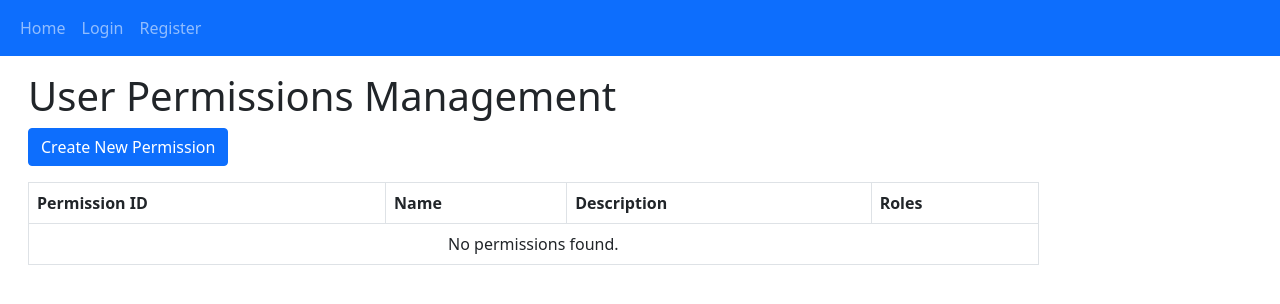
Repository: Matsikembareb/myPowervision
Page: http://localhost/permissions
The author's editor kept a copy of each file at every save. The page is drawn from the files as they stood at one save, then again after the next save.
The browser window is 1280 px wide. The pictures show the whole page.
The page is served by the project's application, run on Flask 3 (01prototype/myPowervision/__init__.py). Other server files are loaded and not shown. Queries for data that is not in the repository find no rows.

Above is the page before, as saved 2025-09-27 06:41:15.

### 01prototype/myPowervision/templates/user_management/permissions.html
{% extends "base.html" %}
{% block content %}
<h1>User Permissions Management</h1>
<div class="mb-3">
    <a href="{{ url_for('create_permission') }}" class="btn btn-primary">Create New Permission</a>
</div>
<table class="table table-bordered">
    <thead>
        <tr>
            <th>Permission ID</th>
            <th>Name</th>
            <th>Description</th>
            <th>Roles</th>
        </tr>
    </thead>
    <tbody>
        {% if permissions %}
            {% for permission in permissions %}
            <tr>
                <td>{{ permission.id }}</td>
                <td>{{ permission.permission }}</td>
                <td>{{ permission.description }}</td>
                <form action="{{ url_for('home_page', permission_id=permission.id) }}" method="POST" style="display:inline;">
                    <button type="submit" class="btn btn-sm btn-danger" onclick="return confirm('Are you sure you want to delete this role?');">Delete</button>
                </form>
                <td>
                {% if roles %}
                    {% for role in roles %}

                        {{ role.name }}
                    {% endfor %}
                {% endif %}
                </td>
            </tr>
            {% endfor %}
        {% else %}
        <tr>
            <td colspan="4" class="text-center">No permissions found.</td>
        </tr>
        {% endif %}
    </tbody>
</table>
{% endblock content %}

### 01prototype/myPowervision/templates/base.html
<!doctype html>
<html lang="en">
  <head>
    <!-- Required meta tags -->
    <meta charset="utf-8">
    <meta name="viewport" content="width=device-width, initial-scale=1">

    <!-- Bootstrap CSS -->
    <link href="https://cdn.jsdelivr.net/npm/bootstrap@5.0.2/dist/css/bootstrap.min.css" rel="stylesheet" integrity="sha384-EVSTQN3/azprG1Anm3QDgpJLIm9Nao0Yz1ztcQTwFspd3yD65VohhpuuCOmLASjC" crossorigin="anonymous">
    <!-- Font Awesome for icons -->
    <link href="https://cdnjs.cloudflare.com/ajax/libs/font-awesome/6.0.0/css/all.min.css" rel="stylesheet">

    {% if title %}
    <title>{{ title }} - myPowervision</title>
    {% else %}
    <title>myPowervision</title>
    {% endif %}
  </head>
  <body>
    <nav class="navbar navbar-expand-sm bg-primary navbar-dark">
      <div class="container-fluid">
        <ul class="navbar-nav">
          <li class="nav-item">
          <a class="nav-link {{ 'active' if active == 'home' else '' }}" href="{{ url_for('home_page') }}">Home<span class="visually-hidden">(current)</span></a>
          </li>
          {% if current_user.is_anonymous %}
          <li class="nav-item">
            <a class="nav-link {{ 'active' if active == 'login' else '' }}" href="{{ url_for('login_page') }}">Login</a>
          </li>
          <li class="nav-item">
            <a class="nav-link {{ 'active' if active == 'register' else '' }}" href="{{ url_for('register_page') }}">Register</a>
          </li>
          {% else %}
          <li class="nav-item">
            <a class="nav-link btn btn-outline-light btn-sm" href="{{ url_for('logout') }}">Logout</a>
          </li>
          {% endif %}
        </ul>
      </div>
    </nav>


    <!-- Flash messages -->
    {% with messages=get_flashed_messages(with_categories=True) %}
      {% if messages %}
        <div class="container-fluid mt-3">
          {% for category, message in messages %}
            <div class="alert alert-{{ category }} alert-dismissible fade show">
              <button type="button" class="btn-close" data-bs-dismiss="alert" aria-label="Close"></button>
              {{ message }}
            </div>
          {% endfor %}
        </div>
      {% endif %}
    {% endwith %}

    <!-- Main layout with sidebar and content -->
    <div class="container-fluid">
      <div class="row">
        {% if current_user.is_authenticated %}
        <!-- Vertical Sidebar -->
        <div class="col-md-3 col-lg-2 px-0">
          {% include 'menu.html' %}
        </div>
        {% endif %}
        <!-- Main Content Area -->
        <div class="col-md-9 col-lg-10">
          <main class="p-3">
            {% block content %}{% endblock content %}
          </main>
        </div>
      </div>
    </div>

    <!-- Bootstrap Bundle with Popper -->
    <script src="https://cdn.jsdelivr.net/npm/bootstrap@5.0.2/dist/js/bootstrap.bundle.min.js" integrity="sha384-MrcW6ZMFYlzcLA8Nl+NtUVF0sA7MsXsP1UyJoMp4YLEuNSfAP+JcXn/tWtIaxVXM" crossorigin="anonymous"></script>
  </body>
</html>

### 01prototype/myPowervision/routes.py
from myPowervision import app
from flask import render_template, url_for, redirect, flash, request
from flask_login import login_user, logout_user, current_user
from urllib.parse import urlsplit
import sqlalchemy as sa

from myPowervision import db
from myPowervision.forms import LoginForm, RegistrationForm, RoleForm, PermissionForm, StaffForm
from myPowervision.models import Permission, Role, Staff, User, role_permission


@app.route('/')
@app.route('/home')
def home_page():
    return render_template('index.html', title='Home', active='home')

@app.route('/register', methods=['GET', 'POST'])
def register_page():
    if current_user.is_authenticated:
        return redirect(url_for('home_page'))
    form = RegistrationForm()
    if form.validate_on_submit():
        user = User(username=form.username.data, email=form.email.data)
        user.set_password(form.password.data)
        db.session.add(user)
        db.session.commit()
        flash('Registration successful! You can now log in.', category='success')
        return redirect(url_for('login_page'))
    return render_template('auth/register.html', title='Register', active='register', form=form)

@app.route('/login', methods=['GET', 'POST'])
def login_page():
    if current_user.is_authenticated:
        return redirect(url_for('home_page'))
    form = LoginForm()
    if form.validate_on_submit():
        user = db.session.scalar(sa.select(User).where(User.username == form.username.data))
        if user:
            if user.check_password(form.password.data):
                login_user(user, remember=form.remember_me.data)
                next_page = request.args.get('next')
                if not next_page or urlsplit(next_page).netloc != '':
                    next_page = url_for('home_page')
                flash(f'Login successful for user {form.username.data}', category='success')
                return redirect(next_page)
            else:
                flash('Invalid password!', category='danger')
                return redirect(url_for('login_page'))
        else:
            flash('User not found!', category='danger')
            return redirect(url_for('login_page'))

    return render_template('auth/login.html', title='Sign In', active='login', form=form)

@app.route('/forgot-password')
def forgot_password_page():
    return render_template('auth/forgot_password.html', title='Forgot Password', active='forgot_password')

@app.route('/logout')
def logout():
    logout_user()
    flash('You have been logged out.', category='success')
    return redirect(url_for('home_page'))

# ---------------------------------STAFF, DEPARTMENTS, POSITIONS--------------------------------------
# ---------------------------------Staff--------------------------------------
@app.route("/staff")
def staffManagement():
    return render_template('staff_management/staff.html', title='Staff Management', active='staff')
@app.route("/create-staff", methods=['GET', 'POST'])
def create_staff():
    form = StaffForm()
    if form.validate_on_submit():
        new_staff = Staff(name=form.name.data, department=form.department.data, position=form.position.data)
        db.session.add(new_staff)
        db.session.commit()
        flash('Staff created successfully!', category='success')
        return redirect(url_for('staffManagement'))
    return render_template('staff_management/create_staff.html', title='Create Staff', active='staff', form=form)
# ---------------------------------Departments--------------------------------------
@app.route("/departments")
def departmentManagement():
    return render_template('staff_management/departments.html', title='Department Management', active='departments')
# ---------------------------------Positions--------------------------------------
@app.route("/positions")
def positionManagement():
    return render_template('staff_management/positions.html', title='Position Management', active='positions')

# ---------------------------------USERS, ROLES, PERMISSIONS--------------------------------------
# ---------------------------------Users--------------------------------------
@app.route("/users")
def userManagement():
    users = db.session.scalars(sa.select(User)).all()
    return render_template('user_management/users.html', title='User Management', active='users', users=users)

# ---------------------------------Roles--------------------------------------
@app.route("/roles")
def roleManagement():
    roles = db.session.scalars(sa.select(Role)).all()
    return render_template('user_management/roles.html', title='Role Management', active='roles', roles=roles)

@app.route("/create-role", methods=['GET', 'POST'])
def create_role():
    form = RoleForm()
    if form.validate_on_submit():
        new_role = Role(name=form.name.data, description=form.description.data)
        db.session.add(new_role)
        db.session.commit()
        flash('Role created successfully!', category='success')
        return redirect(url_for('roleManagement'))
    return render_template('user_management/create_role.html', title='Create Role', active='roles', form=form)

# ---------------------------------Permissions for Roles--------------------------------------
@app.route("/assign-permissions")


# ---------------------------------Permissions--------------------------------------
@app.route("/permissions")
def permissionManagement():
    permissions = db.session.scalars(sa.select(Permission)).all()
    roles = db.session.scalars(sa.select(Role)).all()
    rolepermissions = db.session.scalars(sa.select(role_permission)).all()
    return render_template('user_management/permissions.html', title='Permission Management', active='permissions', permissions=permissions, roles=roles, role_permissions=rolepermissions)

@app.route("/create-permission", methods=['GET', 'POST'])
def create_permission():
    form = PermissionForm()
    if form.validate_on_submit():
        new_permission = Permission(permission=form.permission.data, description=form.description.data)
        db.session.add(new_permission)
        db.session.commit()
        flash('Permission created successfully!', category='success')
        return redirect(url_for('permissionManagement'))
    return render_template('user_management/create_permission.html', title='Create Permission', active='permissions', form=form)
# ---------------------------------admin area--------------------------------------


# admin dashboard
@app.route("/admin/dashboard", methods=['GET','POST'])
def adminDashboard():
    if not session.get('admin_id'):
        return redirect(url_for('adminIndex'))
    total_users = User.query.count()
    approved_users = User.query.filter_by(status=1).count()
    disapproved_users = User.query.filter_by(status=0).count()
    return render_template("auth/admin/dashboard.html", title="Admin Dashboard", total_users=total_users, approved_users=approved_users, disapproved_users=disapproved_users)

# ADMIN get all users
@app.route("/admin/users", methods=['GET','POST'])
def adminUsers():
    if not session.get('admin_id'):
        return redirect(url_for('adminIndex'))
    users = User.query.all()
    if request.method == 'POST':
        # Fetch all users
        search = request.form.get('search')
        users = User.query.filter((User.fname.contains(search)) | (User.lname.contains(search)) | (User.email.contains(search))).all()
    return render_template("auth/admin/users.html", title="All Users", users=users)

# ADMIN approve user
@app.route("/admin/approve/<int:user_id>")
def adminApproveUser(user_id):
    if not session.get('admin_id'):
        return redirect(url_for('adminIndex'))
    user = User.query.get(user_id)
    if user:
        user.status = 1  # Approve the user
        db.session.commit()
        flash("User approved successfully", "success")
    else:
        flash("Error!", "danger")
    return redirect(url_for('adminUsers'))

# ADMIN disapprove user
@app.route("/admin/disapprove")
def adminDisapproveUser(user_id):
    if not session.get('admin_id'):
        return redirect(url_for('adminIndex'))
    user = User.query.get(user_id)
    if user:
        user.status = 0  # Disapprove the user
        db.session.commit()
        flash("User disapproved successfully", "success")
    else:
        flash("Error!", "danger")
    return redirect(url_for('adminUsers'))

### 01prototype/myPowervision/__init__.py
from flask import Flask, render_template, redirect, url_for, flash
from config import Config
from flask_sqlalchemy import SQLAlchemy
from flask_migrate import Migrate
from flask_login import LoginManager

app = Flask(__name__)
app.config.from_object(Config)
db = SQLAlchemy(app)
migrate = Migrate(app, db)
login = LoginManager(app)
login.login_view = 'login_page'

from myPowervision import routes, models

After the next save:
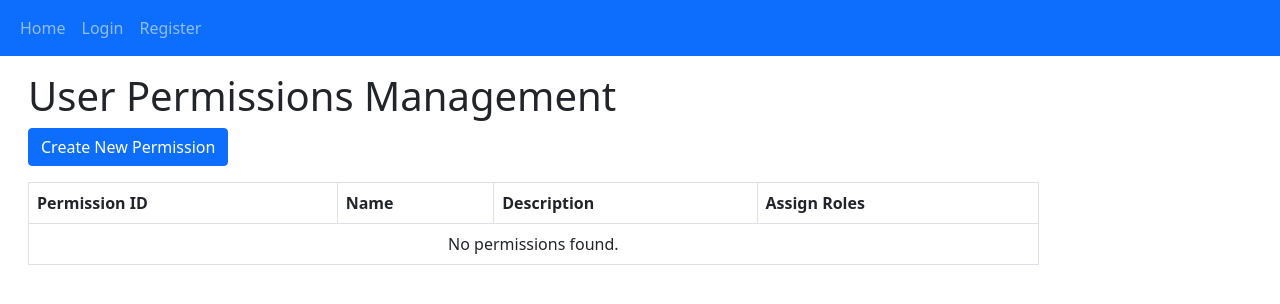
Saved 37 s later.
--- a/01prototype/myPowervision/templates/user_management/permissions.html
+++ b/01prototype/myPowervision/templates/user_management/permissions.html
@@ -10,7 +10,7 @@
             <th>Permission ID</th>
             <th>Name</th>
             <th>Description</th>
-            <th>Roles</th>
+            <th>Assign Roles</th>
         </tr>
     </thead>
     <tbody>
